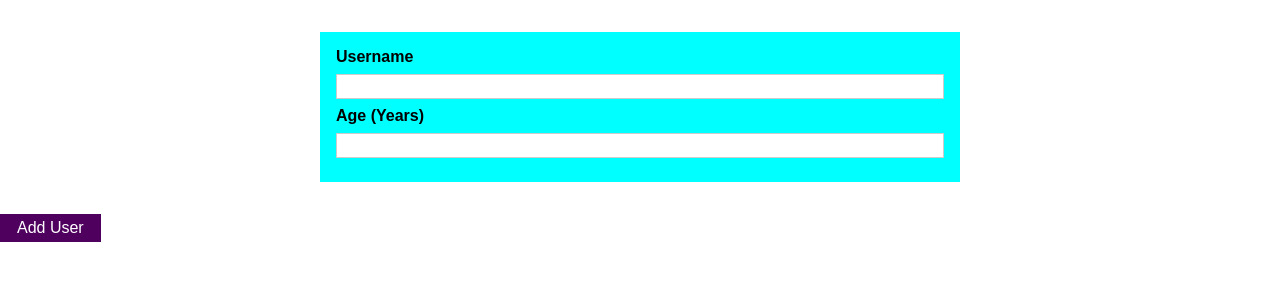
Repository: otvertka/MSC_4
Page: /
An editor plug-in stored every save of this project. The page is shown before and after a run of saves, followed by the edit.
The browser window is 1280 px wide. The pictures show the whole page.
The project was rebuilt for these pictures with package versions that can differ from the ones it lists, and the page was loaded fresh each time.

Above is the page before, as saved 2023-07-05 13:58:19.

### src/App.js
import React from "react";
import AddUser from "./components/AddUser/AddUser";

function App() {
  return (
    <>
      <AddUser />
    </>
  );
}

export default App;

### src/components/AddUser/AddUser.js
import React from "react";
import classes from "./AddUser.module.css";
import Button from "../Button/Button";

const AddUser = () => {
  return (
    <>
      <form>
        <div className={classes.input}>
          <label>Username</label>
          <input type="text" />
          <label>Age (Years)</label>
          <input type="number" />
        </div>
        <Button />
      </form>
    </>
  );
};

export default AddUser;

### src/components/AddUser/AddUser.module.css
.input {
  margin: 2rem auto;
  padding: 1rem;
  width: 90%;
  max-width: 40rem;
  background-color: aqua;
}

.input label {
  display: block;
  font-weight: bold;
  margin-bottom: 0.5rem;
}

.input input {
  font: inherit;
  display: block;
  width: 100%;
  border: 1px solid #ccc;
  padding: 0.15rem;
  margin-bottom: 0.5rem;
}

.input input:focus {
  outline: none;
  border-color: #4f005f;
}

### src/components/Button/Button.js
import React from "react";
import classes from "./Button.module.css";
const Button = () => {
  return (
    <button type="submit" className={classes.button}>
      Add User
    </button>
  );
};

export default Button;

Loaded but not shown: public/index.html (common file); src/index.js (common file); src/index.css (common file); src/components/Button/Button.module.css (common file)

After the next 2 saves:
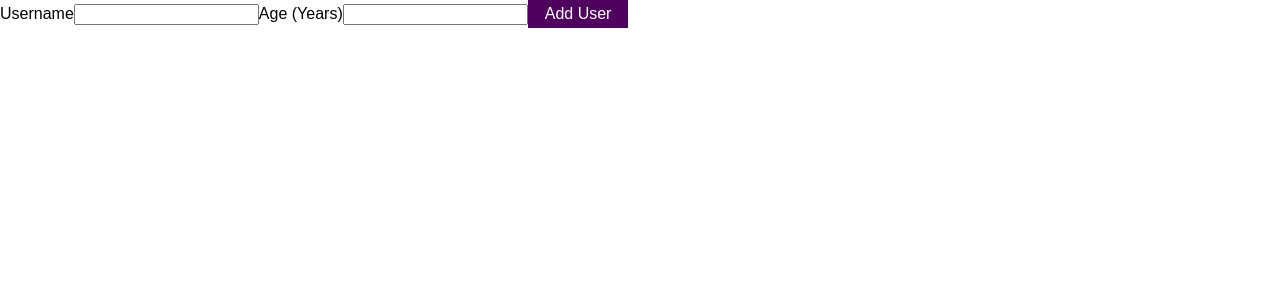
The 2 saves are shown as one change because 1 did not build or start.
The last was saved 11 min 41 s later.
--- a/src/components/AddUser/AddUser.js
+++ b/src/components/AddUser/AddUser.js
@@ -2,19 +2,21 @@ import React from "react";
 import classes from "./AddUser.module.css";
 import Button from "../Button/Button";
 
-const AddUser = () => {
+const AddUser = (props) => {
+  const addUserHandler = (event) => {
+    event.preventDefault();
+  };
+
   return (
-    <>
-      <form>
-        <div className={classes.input}>
-          <label>Username</label>
-          <input type="text" />
-          <label>Age (Years)</label>
-          <input type="number" />
-        </div>
-        <Button />
-      </form>
-    </>
+    <form onSubmit={addUserHandler}>
+      {/* <div className={classes.input}> */}
+      <label htmlFor="username">Username</label>
+      <input id="username" type="text" />
+      <label htmlFor="age">Age (Years)</label>
+      <input id="age" type="number" />
+      {/* </div> */}
+      <Button />
+    </form>
   );
 };
 
